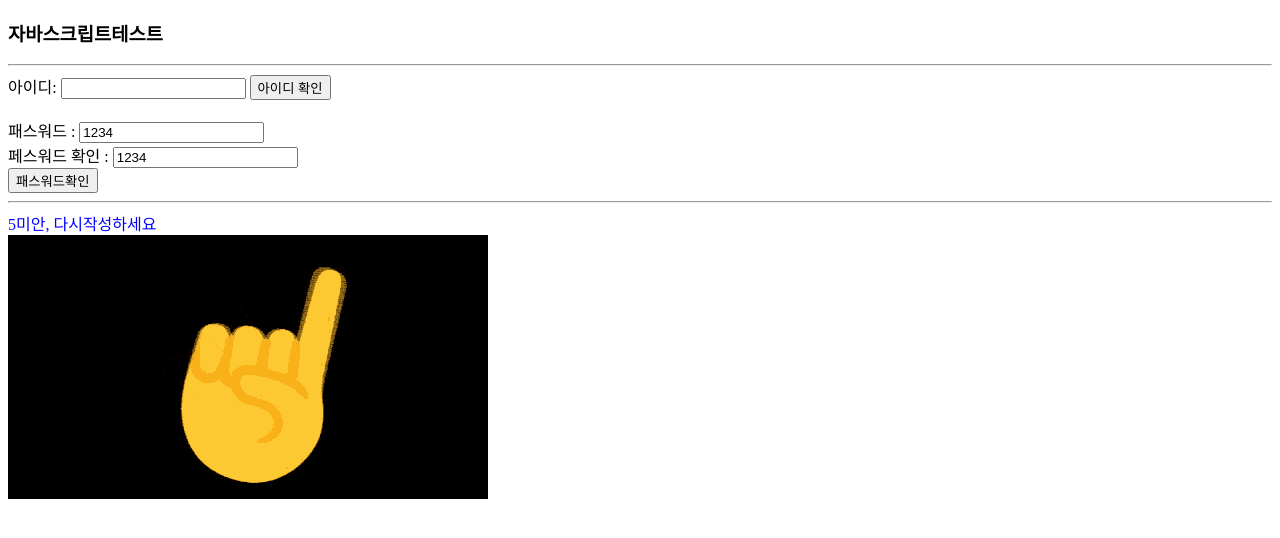
Repository: Yusubin/springEx
Page: http://localhost/spring04/js2.jsp
These files come from the project's save history. The page is drawn as it stood at one moment and after the next save; the edit follows.
The browser window is 1280 px wide. The pictures show the whole page.
After loading, the first visible `button` was clicked once.
The page is served by Tomcat 9. Other server files are loaded and not shown.

Above is the page before, as saved 2022-02-17 03:05:46.

### spring04/src/main/webapp/js2.jsp
<%@ page language="java" contentType="text/html; charset=UTF-8"
	pageEncoding="UTF-8"%>
<!DOCTYPE html>
<html>
<head>
<meta charset="UTF-8">
<title>Insert title here</title>
<style>
#result, #dd {
	color: red;
}
</style>
<script type="text/javascript">
	function idCheck() {

		idValue = document.getElementById("id").value
		//window:브라우저 전체
		//document:body태그
		//console:개발할대 확인하는창(f12)
		//location:주소부분.
		//history:탐색 리스트
		text = ""
		img = ""
		if (idValue.length < 5) {
			//	document.getElementById("result").value="5미안, 다시작성하세요";
			document.getElementById("id").value = ""
			//text="<span style='color:red'>5미안, 다시작성하세요</span>"
			text = "<span style='color:blue'>5미안, 다시작성하세요</span>"
			img = "<img src='resources/img/0fc108b9a016b2be79292b0bdfb17be2.gif'>"

		} else {
			//document.getElementById("result").value="Good";
			console.log("Good");
			text = "<span style='color:blue'>Good</span>"
			img = "<img src='resources/img/tenor.gif'>"
		}
		document.getElementById("result").innerHTML = text + "<br>" + img
	}

	function pwCheck() {
		pw1Value = document.getElementById("pass1").value
		pw2Value = document.getElementById("pass2").value
		text = ""
		if (pw1Value == pw2Value) {
			//	document.getElementById("result").value="5미안, 다시작성하세요";
			console.log("Good");
			text = "<span style='color:blue'>Good</span>"
			img = "<img src='resources/img/tenor.gif'>"

		} else {
			//document.getElementById("result").value="Good";
			console.log("동일하지않습니다.");
			document.getElementById("pass1").value = ""
			document.getElementById("pass2").value = ""
			text = "<span style='color:red'>동일하지않습니다</span>"
			img = "<img src='resources/img/0fc108b9a016b2be79292b0bdfb17be2.gif'>"
		}
		document.getElementById("result").innerHTML = text + "<br>" + img
	}
</script>
</head>
<body>
	<h3>자바스크립트테스트</h3>
	<hr>
	아이디:
	<input name="id" id="id" value="test">
	<button onclick="idCheck()">아이디 확인</button>
	<div id="dd"></div>
	<br> 패스워드 :
	<input id="pass1" name="pass1" value="1234">
	<br> 페스워드 확인 :
	<input id="pass2" name="pass2" value="1234">
	<br>
	<button onclick="pwCheck()">패스워드확인</button>
	<hr>
	<div id="result"></div>
</body>
</html>

After the next save:
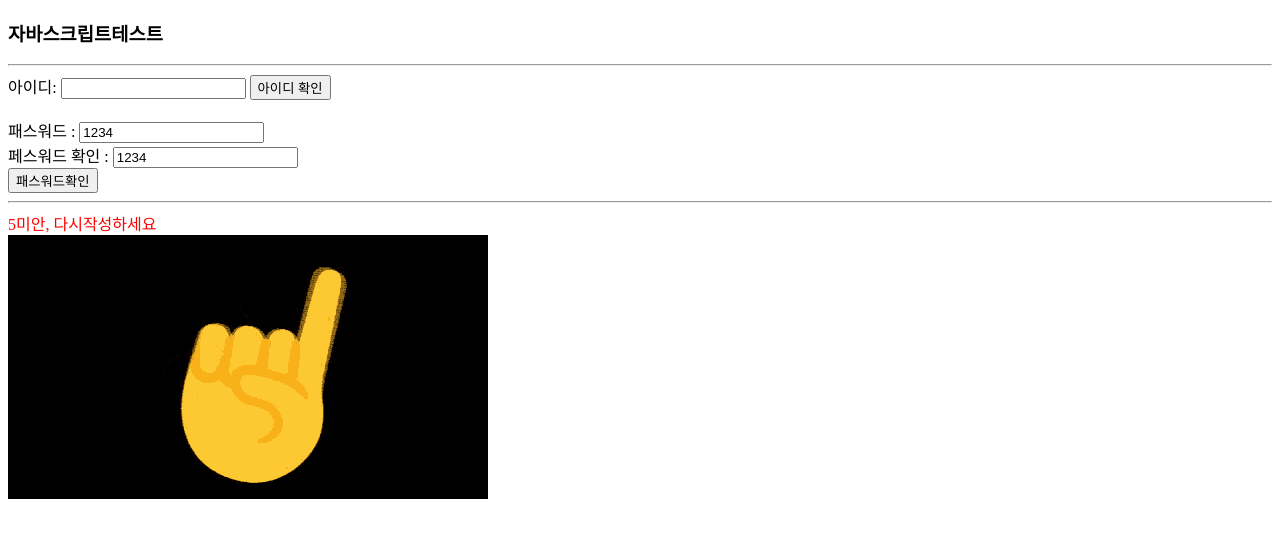
Saved 28 s later.
--- a/spring04/src/main/webapp/js2.jsp
+++ b/spring04/src/main/webapp/js2.jsp
@@ -25,7 +25,7 @@
 			//	document.getElementById("result").value="5미안, 다시작성하세요";
 			document.getElementById("id").value = ""
 			//text="<span style='color:red'>5미안, 다시작성하세요</span>"
-			text = "<span style='color:blue'>5미안, 다시작성하세요</span>"
+			text = "<span style='color:red'>5미안, 다시작성하세요</span>"
 			img = "<img src='resources/img/0fc108b9a016b2be79292b0bdfb17be2.gif'>"
 
 		} else {
